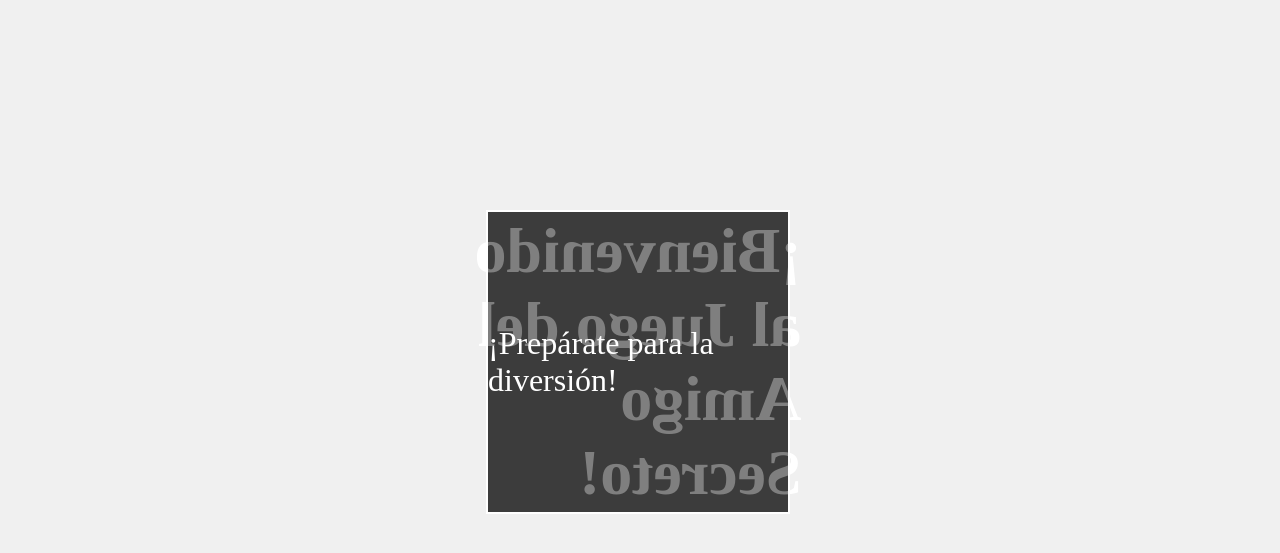
Repository: ye909/secreto
Page: inicio.html
The author's editor kept a copy of each file at every save. The page is drawn from the files as they stood at one save, then again after the next save.
The browser window is 1280 px wide. The pictures show the whole page.

Above is the page before, as saved 2025-02-20 21:15:32.

### inicio.html
<!DOCTYPE html>
<html>
<head>
<title>Amigo Secreto 3D</title>
<link rel="stylesheet" href="inicio.css">
</head>
<body>
    <div class="scene">
        <div class="cube">
          <div class="face front">
            <h1>¡Bienvenido al Juego del Amigo Secreto!</h1>
          </div>
          <div class="face back">
            <p>¡Prepárate para la diversión!</p>
          </div>
          <div class="face right"></div>
          <div class="face left"></div>
          <div class="face top"></div>
          <div class="face bottom"></div>
        </div>
      </div>
  <script src="inicio.js"></script>
</body>
</html>

### inicio.css
body {
    perspective: 800px;
    background-color: #f0f0f0;
    display: flex;
    justify-content: center;
    align-items: center;
    height: 100vh;
    margin: 0;
    overflow: hidden; /* Evita barras de desplazamiento */
  }

  .scene {
    width: 300px;
    height: 300px;
    position: relative;
  }

  .cube {
    width: 100%;
    height: 100%;
    position: absolute;
    transform-style: preserve-3d;
    animation: rotateCube 10s linear infinite; /* Animación continua */
  }

  .face {
    position: absolute;
    width: 100%;
    height: 100%;
    display: flex;
    justify-content: center;
    align-items: center;
    font-size: 2em;
    background-color: rgba(0, 0, 0, 0.5);
    color: white;
    border: 2px solid white;
    /* Animación de entrada */
    opacity: 0;
    animation: fadeIn 1s ease-in-out forwards;
  }

  /* Posiciona cada cara del cubo */
  .front  { transform: translateZ(150px); }
  .back   { transform: rotateY(180deg) translateZ(150px); }
  .right  { transform: rotateY(90deg) translateZ(150px); }
  .left   { transform: rotateY(-90deg) translateZ(150px); }
  .top    { transform: rotateX(90deg) translateZ(150px); }
  .bottom { transform: rotateX(-90deg) translateZ(150px); }

  /* Animaciones */
  @keyframes rotateCube {
    from { transform: rotateY(0deg); }
    to { transform: rotateY(360deg); }
  }

  @keyframes fadeIn {
    to { opacity: 1; }
  }

Loaded but not shown: inicio.js (no stored copy; drawn as an empty file)

After the next save:
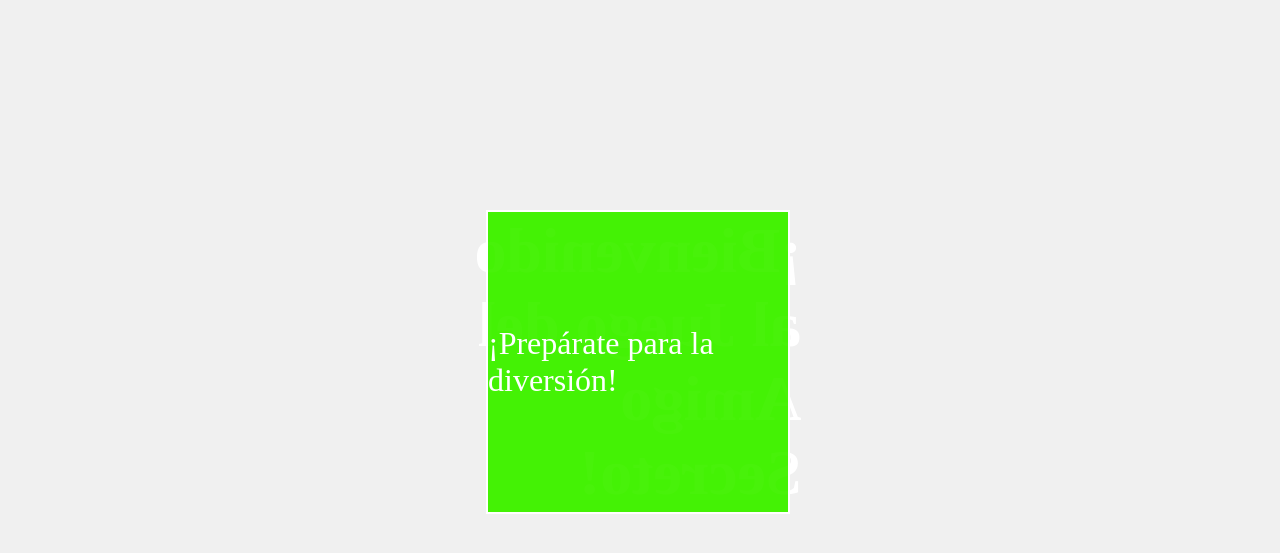
Saved 56 s later.
--- a/inicio.css
+++ b/inicio.css
@@ -31,7 +31,7 @@ body {
     justify-content: center;
     align-items: center;
     font-size: 2em;
-    background-color: rgba(0, 0, 0, 0.5);
+    background-color: rgba(69, 242, 6, 0.98);
     color: white;
     border: 2px solid white;
     /* Animación de entrada */
